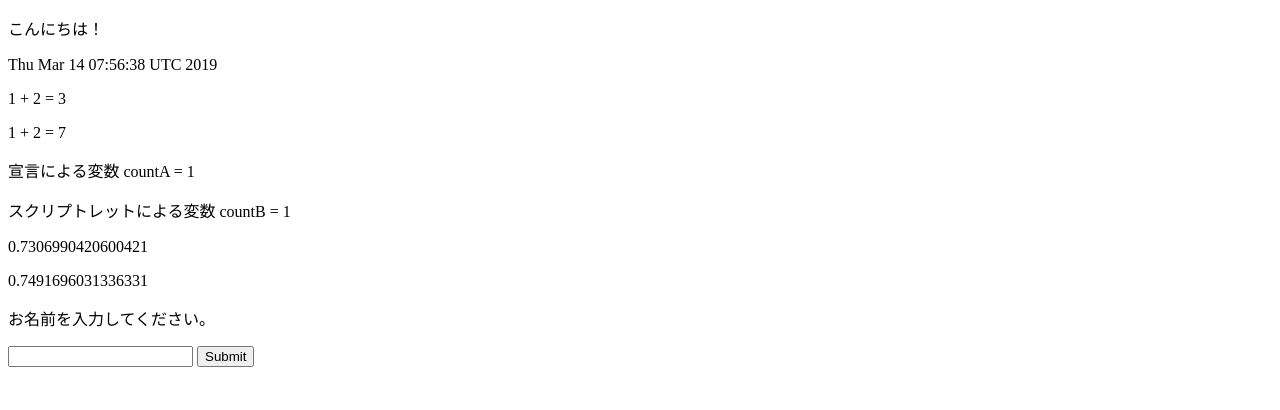
Repository: NoriakiYasumura/test01
Page: http://localhost/HelloJSP/
These files come from the project's save history. The page is drawn as it stood at one moment and after the next save; the edit follows.
The browser window is 1280 px wide. The pictures show the whole page.
The page is served by Tomcat 9.

Above is the page before, as saved 2019-03-15 05:20:48.

### HelloJSP/WebContent/index.jsp
<%@ page language="java" contentType="text/html; charset=UTF-8"
    pageEncoding="UTF-8"%>
<!DOCTYPE html>
<html>
	<head>
	<meta charset="UTF-8">
	<title>TEST</title>
	</head>
<body>
	<p>こんにちは！</p>
	<% out.println(new java.util.Date()); %>

	<%!
	static int add(int a,int b){
		return a + b;
	}%>

	<p>1 + 2 = <%= add(1,2) %></p>
	<p>1 + 2 = <%= add(3,4) %></p>

	<%! static int countA = 0; %>
	<% int countB = 0;
	countA++;
	countB++;%>

	<p>宣言による変数 countA = <%=countA %></p>
	<p>スクリプトレットによる変数 countB = <%=countB %></p>

	<p><% out.println(Math.random()); %></p>
	<p><%= Math.random() %></p>

	<p>お名前を入力してください。</p>
	<form method="post" action="greeting-out.jsp">
		<input type="text" nsmr="user">
		<input type="submit" nsmr="確定">
	</form>
</body>
</html>

After the next save:
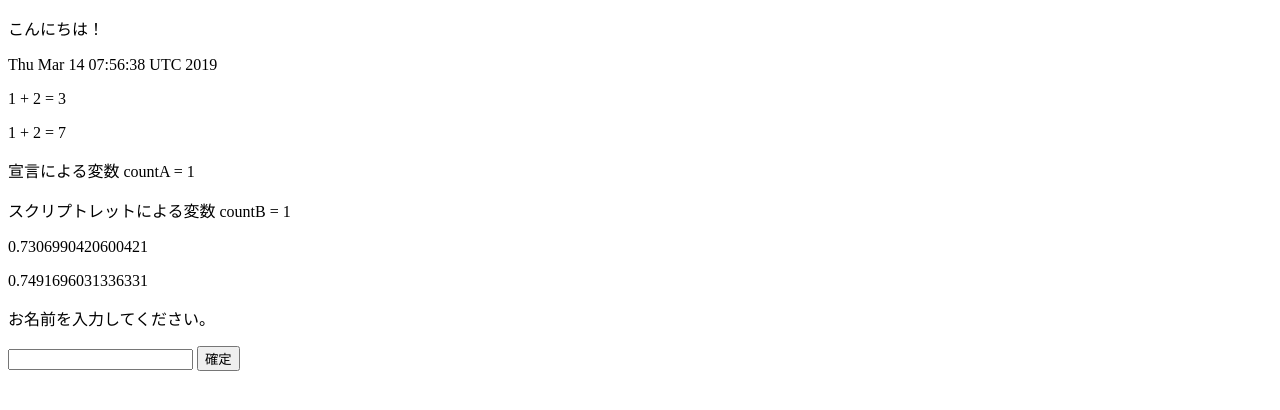
Saved 2 min 37 s later.
--- a/HelloJSP/WebContent/index.jsp
+++ b/HelloJSP/WebContent/index.jsp
@@ -31,8 +31,8 @@
 
 	<p>お名前を入力してください。</p>
 	<form method="post" action="greeting-out.jsp">
-		<input type="text" nsmr="user">
-		<input type="submit" nsmr="確定">
+		<input type="text" name="user">
+		<input type="submit" value="確定">
 	</form>
 </body>
 </html>
